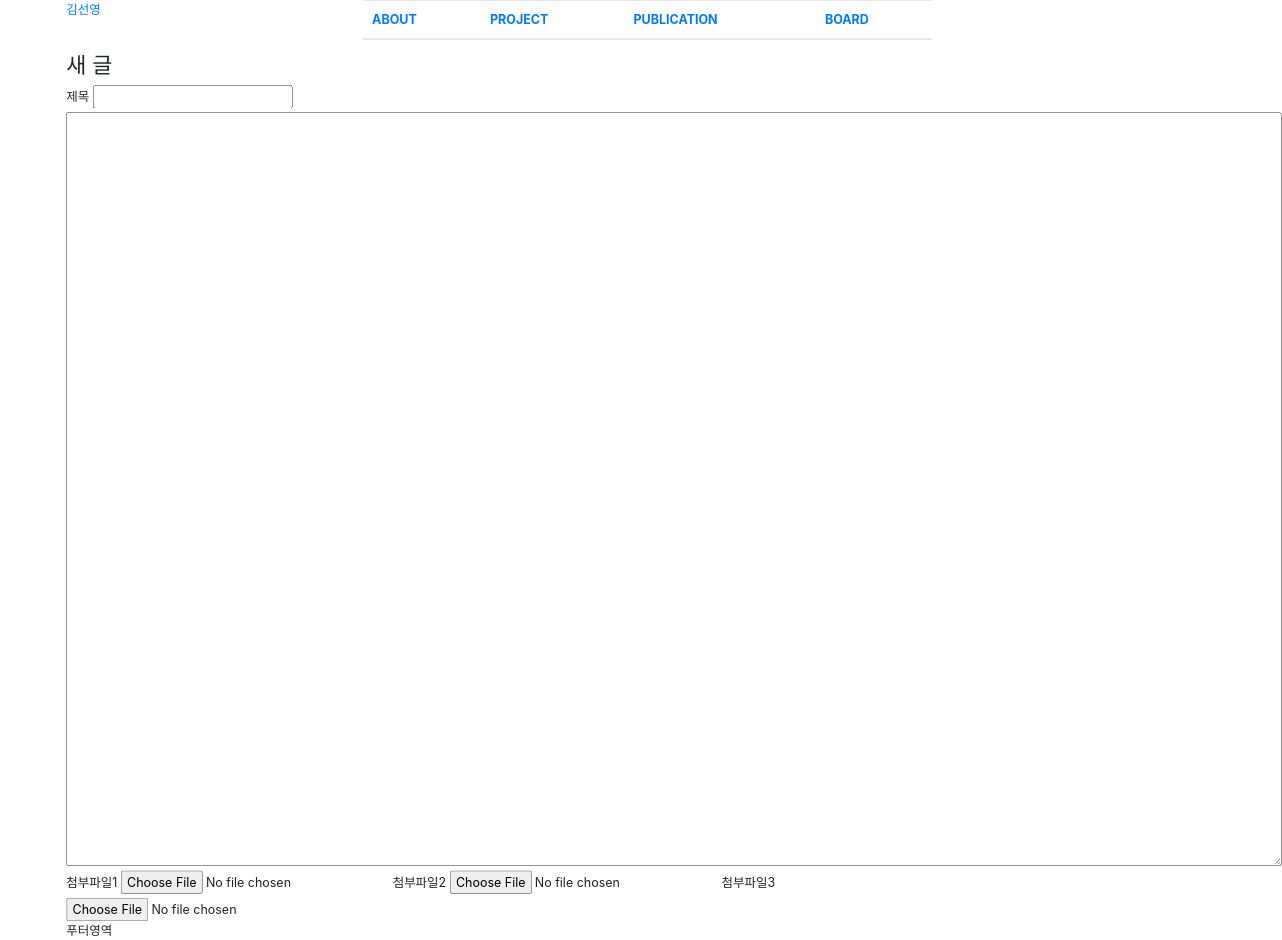
Repository: supremest35/web-projects
Page: http://localhost/noticeboard/board/form.jsp
An editor plug-in stored every save of this project. The page is shown before and after the next save, followed by the edit.
The browser window is 1280 px wide. The page is 1643 px wide, so the pictures cover 1643 px, including what lies to the right of the window. The pictures show the whole page, at 78% of full size.
The page is served by Tomcat 9.

Above is the page before, as saved 2020-12-06 04:22:20.

After the next save:
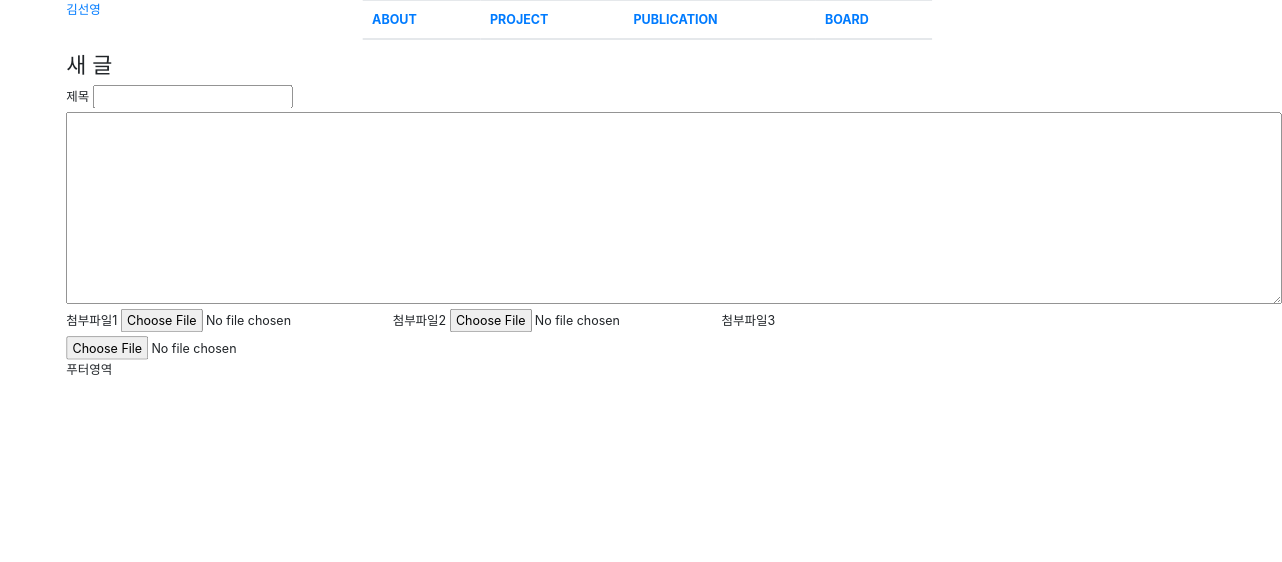
Saved 10 s later.
--- a/noticeboard/WebContent/board/form.jsp
+++ b/noticeboard/WebContent/board/form.jsp
@@ -38,7 +38,7 @@
 					<input type="text" name="title" />
 				</div>
 				<div>
-					<textarea rows="40" cols="150" name="document"></textarea>
+					<textarea rows="10" cols="150" name="document"></textarea>
 				</div>
 				<div>
 					<label>첨부파일1</label>
